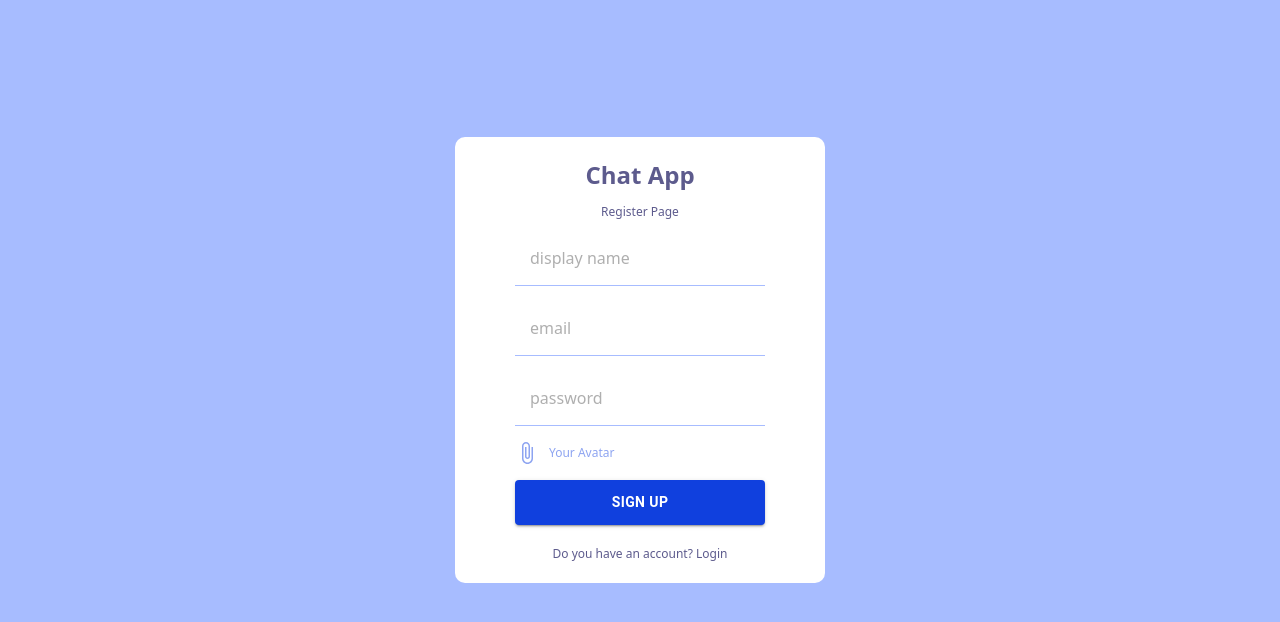
Repository: Nurlan-Bakenbaev/chat-app
Page: /register
An editor plug-in stored every save of this project. The page is shown before and after a run of saves, followed by the edit.
The browser window is 1280 px wide. The pictures show the whole page.
The project was rebuilt for these pictures with package versions that can differ from the ones it lists, and the page was loaded fresh each time. Also part of the build but not shown: vite.config.js, src/components/Search.jsx, src/components/Chats.jsx, src/components/Navbar.jsx, src/components/SideBar.jsx, src/components/Message.jsx, src/components/Messages.jsx, src/components/Input.jsx and 2 more. Imported but missing from the stored project, and not drawn on this page: src/pages/Login.

Above is the page before, as saved 2023-08-23 19:42:44.

After the next 4 saves:
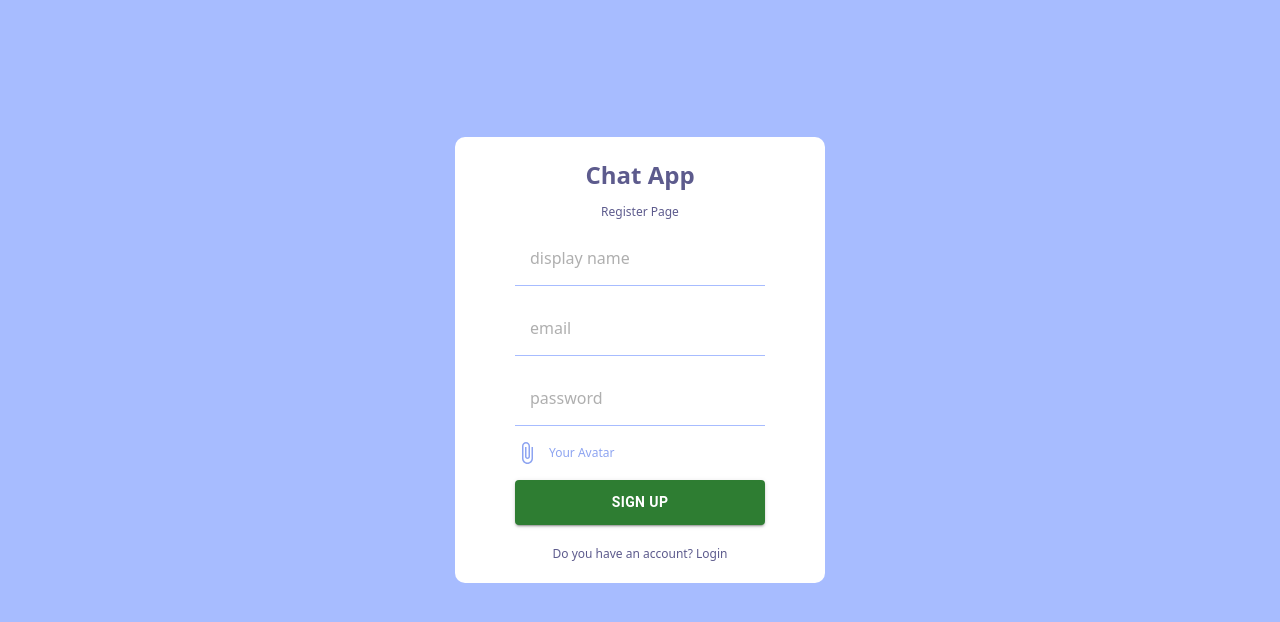
The 4 saves are shown as one change because 1 did not build or start and some came seconds apart.
The last was saved 18 s later.
--- a/src/style.scss
+++ b/src/style.scss
@@ -58,7 +58,7 @@
       }
 
       button {
-        background-color: #1040de;
+        background-color:blu;
         color: white;
         padding: 10px;
         font-weight: bold;
